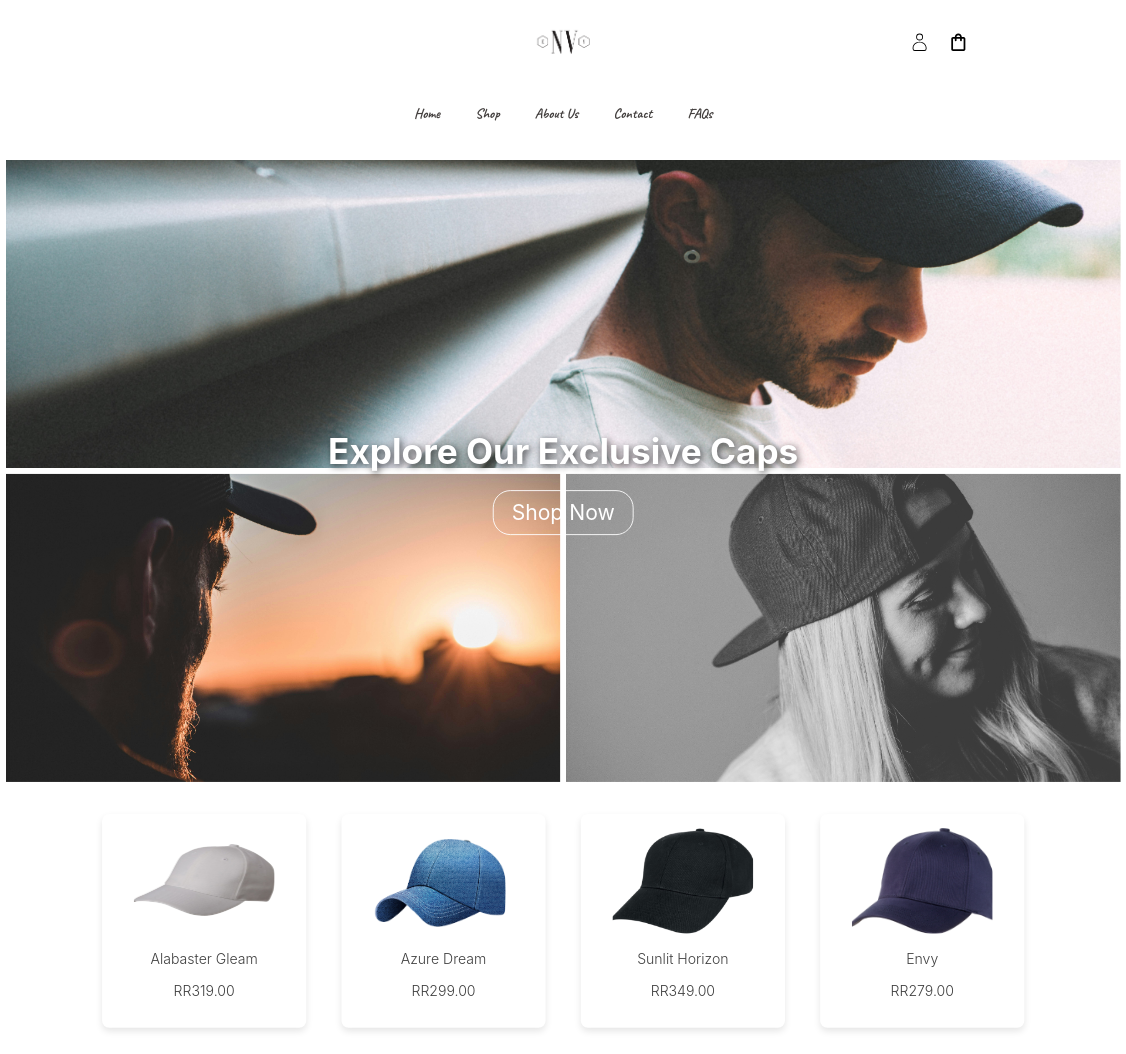
Repository: lasity34/new-envy
Page: / (app in my-new-envy/)
An editor plug-in stored every save of this project. The page is shown before and after the next save, followed by the edit.
The browser window is 1280 px wide. The pictures show the whole page, at 88% of full size.
The project was rebuilt for these pictures with package versions that can differ from the ones it lists, and the page was loaded fresh each time.

Above is the page before, as saved 2024-04-22 13:49:44.

After the next save:
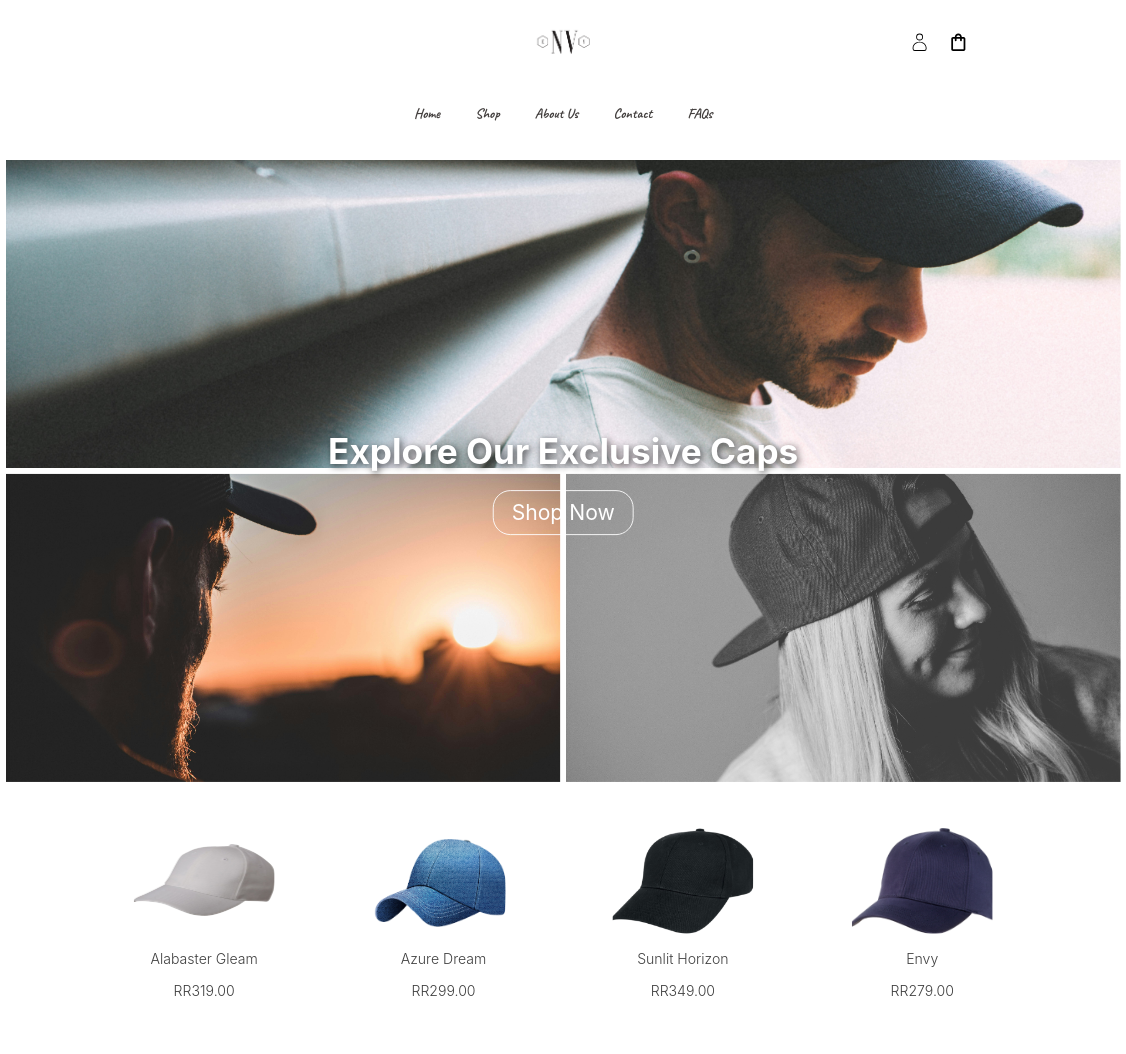
Saved 14 s later.
--- a/my-new-envy/src/components/ProductCard.tsx
+++ b/my-new-envy/src/components/ProductCard.tsx
@@ -8,7 +8,7 @@ const CardContainer = styled.div`
     text-align: center;
     width: 200px; // Fixed width for grid display
     margin: 10px;
-    box-shadow: 0 4px 8px rgba(0,0,0,0.1); // Adds subtle shadow for depth
+
     background: #fff; // Set a white background
     border-radius: 8px; // Optional: rounds the corners of the container
 `;
